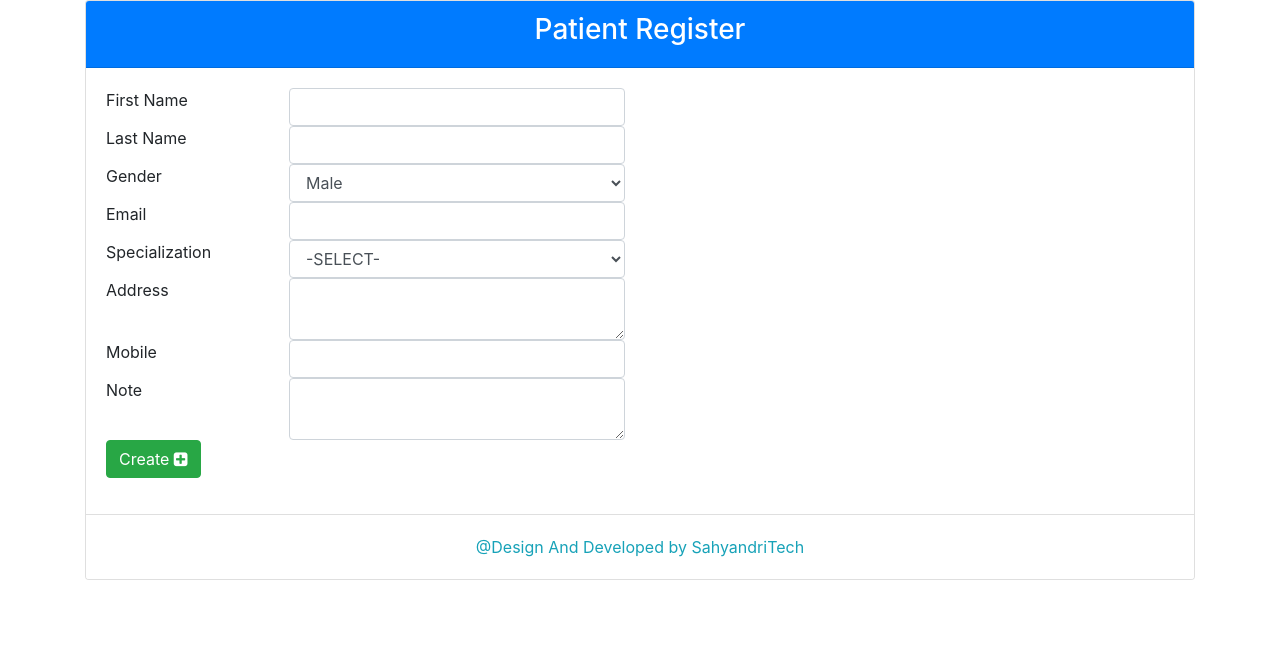
Repository: AmolRajuru11/HealthCareEx
Page: http://localhost/PatientRegister
An editor plug-in stored every save of this project. The page is shown before and after the next save, followed by the edit.
The browser window is 1280 px wide. The pictures show the whole page.
The page is this project's Thymeleaf template; nobody is signed in. The template is opened directly, without the code that normally fills it, so the values that code supplies are empty.

Above is the page before, as saved 2021-10-19 13:11:06.

After the next save:
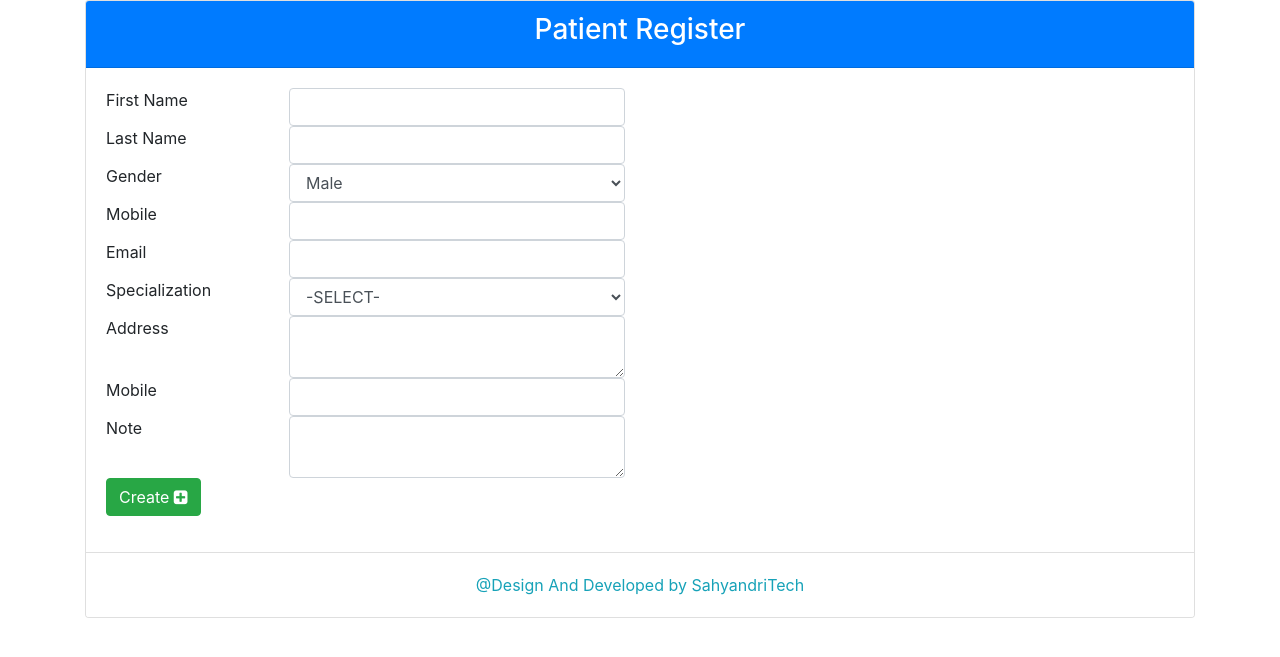
Saved 47 s later.
--- a/HeathCare/src/main/resources/templates/PatientRegister.html
+++ b/HeathCare/src/main/resources/templates/PatientRegister.html
@@ -61,6 +61,20 @@
 							<span id="genderError"></span>
 						</div>
 					</div>
+
+					<!-- row #4 -->
+					<div class="row">
+						<div class="col-2">
+							<label for="mobile">Mobile</label>
+						</div>
+						<div class="col-4">
+							<input type="text" name="mobile" id="mobile" class="form-control" />
+						</div>
+						<div class="col-6">
+							<span id="mobileError"></span>
+						</div>
+					</div>
+
 
 					<!-- row #4 -->
 					<div class="row">
